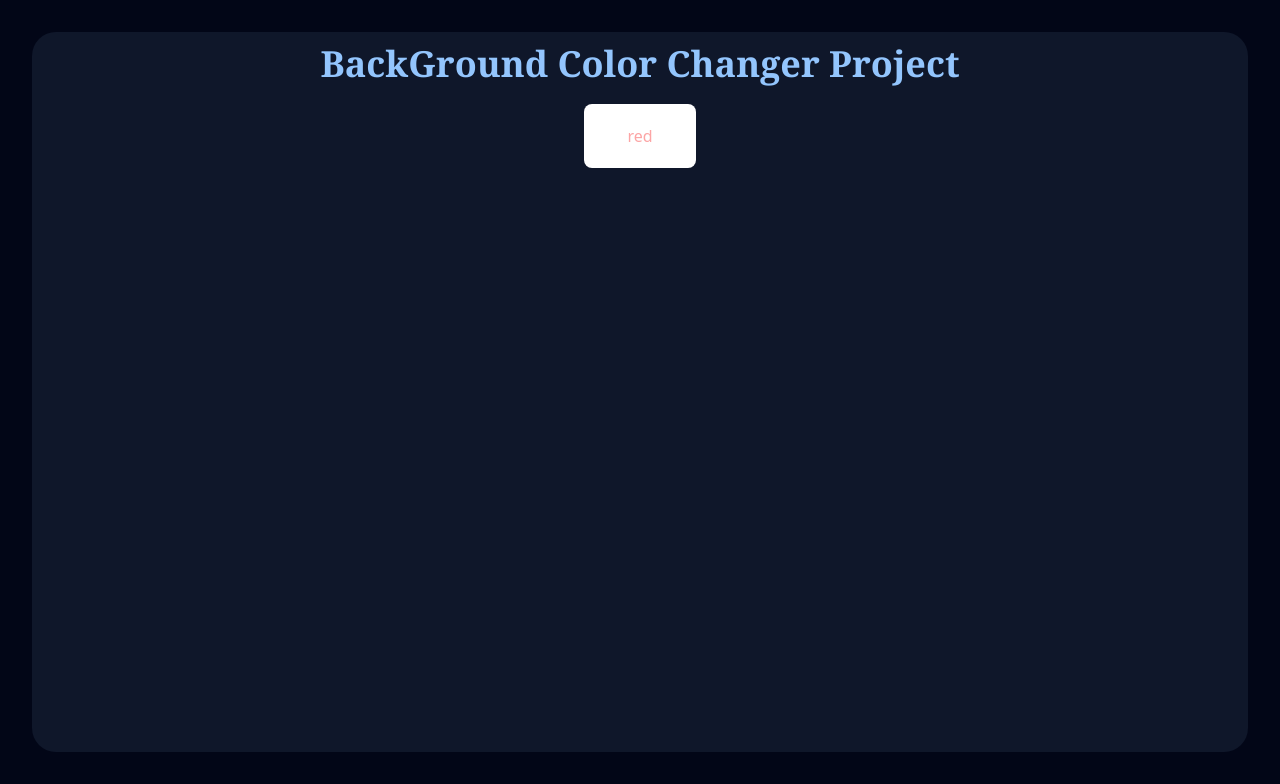
Repository: ChaitanyMishra/react-daily-work
Page: / (app in day-04-react/bg_color_changer/)
These files come from the project's save history. The page is drawn as it stood at one moment and after a run of saves; the edit follows.
The browser window is 1280 px wide. The pictures show the whole page.
The project was rebuilt for these pictures with package versions that can differ from the ones it lists, and the page was loaded fresh each time. Also part of the build but not shown: day-04-react/bg_color_changer/vite.config.js.

Above is the page before, as saved 2025-06-20 16:50:58.

After the next 2 saves:
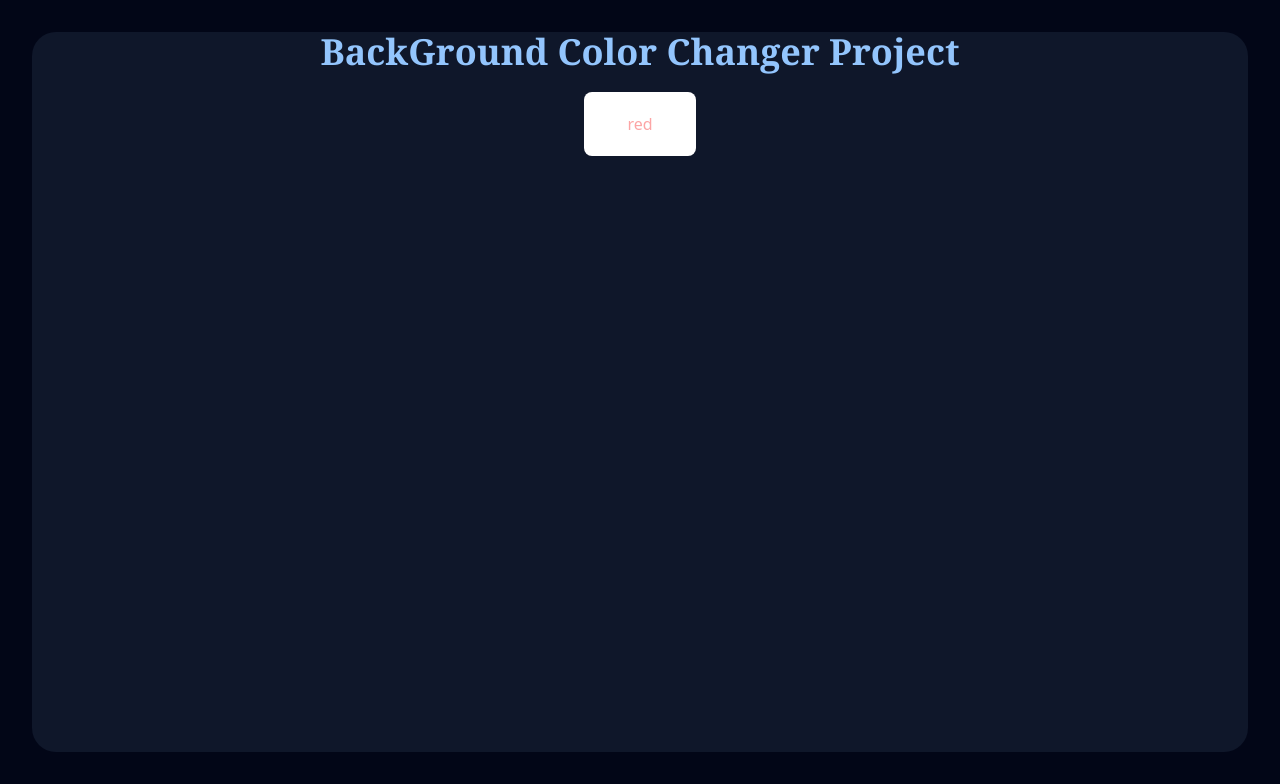
The 2 saves are shown as one change because they came seconds apart.
The last was saved 13 s later.
--- a/day-04-react/bg_color_changer/src/App.jsx
+++ b/day-04-react/bg_color_changer/src/App.jsx
@@ -7,7 +7,7 @@ function App() {
   const [colorState , changeColor] = useState("olvie")
 
   return (
-    <div className='w-full h-screen bg-slate-900 p-3 rounded-3xl overflow-auto'>
+    <div className='w-full h-screen bg-slate-900 rounded-3xl overflow-auto'>
     <h1 className='text-4xl font-serif font-bold text-blue-300 '>BackGround Color Changer Project</h1>
      <button className="bg-white text-red-300 m-5 p-5 rounded-lg w-[7rem]  ">red</button>
     <ColorChangeButton />
